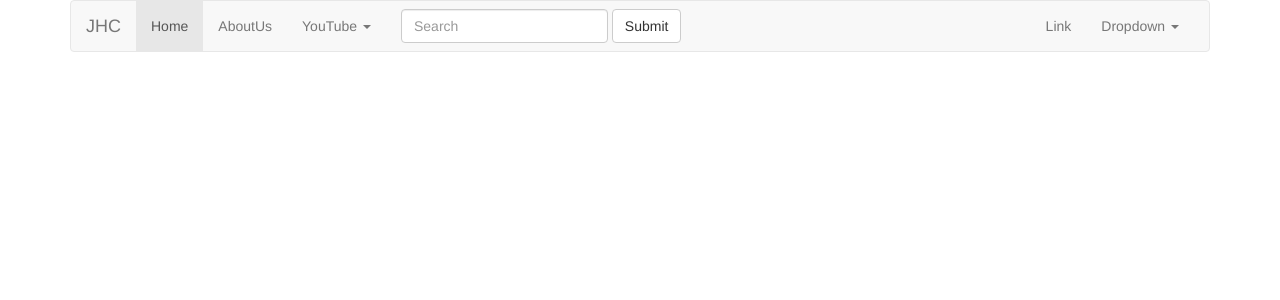
Repository: Karthi-Mano/AdvanceJavaPrograms
Page: BootStrapExample/WebContent/HomePage.html
An editor plug-in stored every save of this project. The page is shown before and after the next save, followed by the edit.
The browser window is 1280 px wide. The pictures show the whole page.

Above is the page before, as saved 2017-09-13 22:41:33.

After the next save:
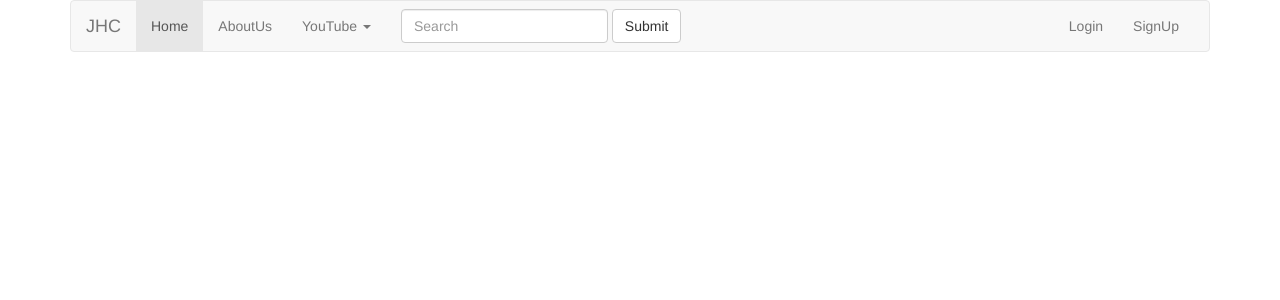
Saved 49 s later.
--- a/BootStrapExample/WebContent/HomePage.html
+++ b/BootStrapExample/WebContent/HomePage.html
@@ -48,15 +48,8 @@
         <button type="submit" class="btn btn-default">Submit</button>
       </form>
       <ul class="nav navbar-nav navbar-right">
-        <li><a href="#">Link</a></li>
-        <li class="dropdown">
-          <a href="#" class="dropdown-toggle" data-toggle="dropdown" role="button" aria-haspopup="true" aria-expanded="false">Dropdown <span class="caret"></span></a>
-          <ul class="dropdown-menu">
-            <li><a href="#">Action</a></li>
-            <li><a href="#">Another action</a></li>
-            <li><a href="#">Something else here</a></li>
-            <li role="separator" class="divider"></li>
-            <li><a href="#">Separated link</a></li>
+        <li><a href="#">Login</a></li>
+        <li><a href="#">SignUp</a></li>
           </ul>
         </li>
       </ul>
